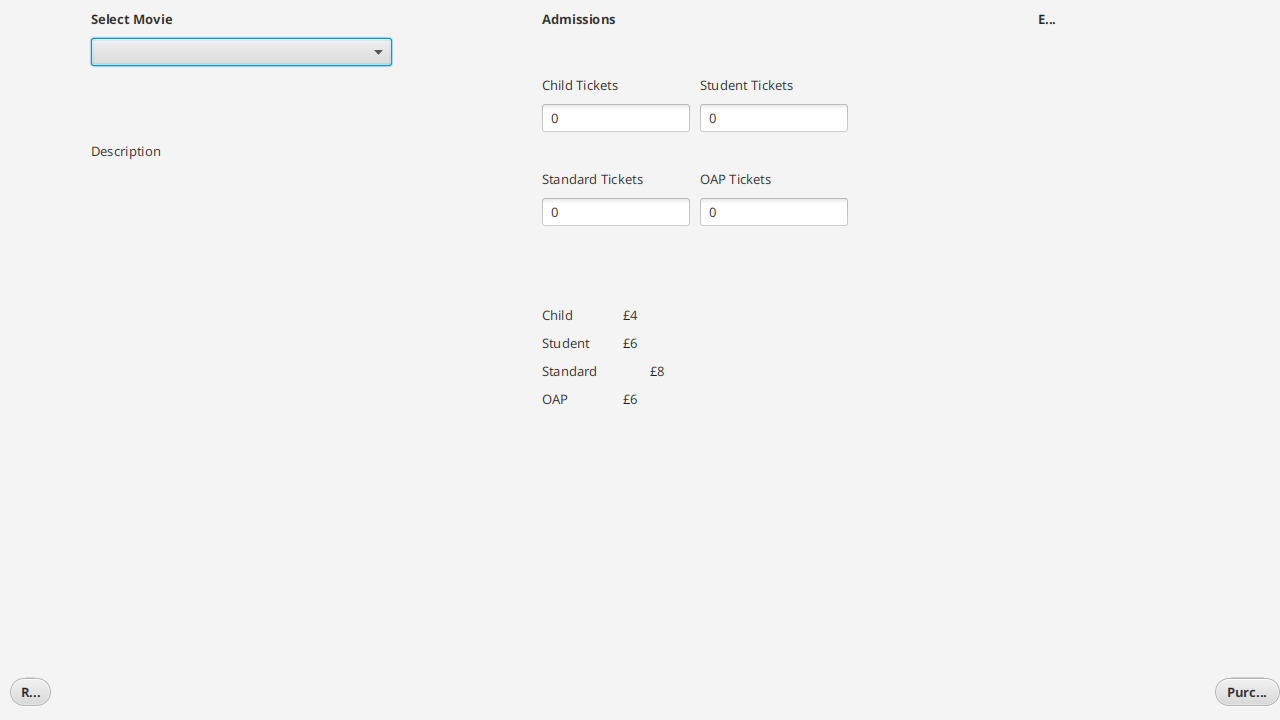
Repository: Singh94/QA-Assessment
Program's window: java QA Cinema/src/qa_cinema/Main.java
An editor plug-in stored every save of this project. The program's window is shown before and after the next save, followed by the edit.
It runs on Java 21 on a 1366 x 768 screen with JavaFX 11; the title bar is not drawn.

Above is the program's window before, as saved 2017-10-25 17:34:55.

### QA Cinema/src/qa_cinema/Main.java
package qa_cinema;

import javafx.application.Application;
import javafx.fxml.FXMLLoader;
import javafx.stage.Stage;
import qa_cinema.Tickets.AdultTicket;
import qa_cinema.Tickets.ChildTicket;
import qa_cinema.Tickets.OAPTicket;
import qa_cinema.Tickets.StudentTicket;
import qa_cinema.Tickets.Tickets;
import qa_cinema.movies.movies.Movies;
import javafx.scene.Parent;
import javafx.scene.Scene;
import javafx.scene.control.Alert;
import javafx.scene.control.Alert.AlertType;
import javafx.scene.control.Button;
import javafx.scene.control.ComboBox;
import javafx.scene.control.Label;
import javafx.scene.control.TextField;
import javafx.scene.layout.BorderPane;
import javafx.scene.layout.GridPane;
import javafx.scene.layout.HBox;
import javafx.scene.layout.StackPane;
import javafx.scene.layout.VBox;

import java.text.DateFormatSymbols;
import java.util.Calendar;


public class Main extends Application {

	protected int totalTickets;
	private static int total;
	private int totalPrice;
	private String isWed;
	private int discountFactor = 2;


	public static void main(String[] args) {
		launch(args);
	}

	@Override
	public void start(Stage primaryStage) throws Exception {
		Label lbl_selectMovie = new Label("Select Movie");
			ComboBox<Movies> cbxMovies = new ComboBox<Movies>();
			Label lbl_description = new Label("Description");
		Label lbl_tickets = new Label("Admissions");
			Label lbl_child = new Label("Child Tickets");
			Label lbl_student = new Label("Student Tickets");
			Label lbl_adult = new Label("Standard Tickets");
			Label lbl_oap = new Label("OAP Tickets");
			Label lbl_childprice = new Label("Child\t\t£4");
			Label lbl_studentprice = new Label("Student\t\t£6");
			Label lbl_adultprice = new Label("Standard\t\t£8");
			Label lbl_oapprice = new Label("OAP\t\t\t£6");
		Label lbl_extras = new Label("Extras");
		Button btn_reset = new Button("Reset");
		Button btn_purchase = new Button("Purchase");
		Label lbl_txttotal = new Label("Total Tickets");

		ChildTicket cxT = new ChildTicket(total);
		StudentTicket sxT = new StudentTicket(total);
		AdultTicket axT = new AdultTicket(total);
		OAPTicket snxT = new OAPTicket(total);

		String dayNames[] = new DateFormatSymbols().getWeekdays();
	      Calendar date2 = Calendar.getInstance();
	      isWed = (dayNames[date2.get(Calendar.DAY_OF_WEEK)]);


		lbl_selectMovie.getStyleClass().add("lbl_movies");
		GridPane.setConstraints(lbl_selectMovie, 5,  1);
			cbxMovies.getItems().setAll(Movies.values());
			cbxMovies.getSelectionModel().select(0);
			GridPane.setConstraints(cbxMovies,  5,  2);
			lbl_description.getStyleClass().add("");
			GridPane.setConstraints(lbl_description, 5, 5);

		lbl_tickets.getStyleClass().add("lbl_tickets");
		GridPane.setConstraints(lbl_tickets, 20,  1);

		lbl_child.getStyleClass().add("lbl_child");
		GridPane.setConstraints(lbl_child, 20, 3);
			TextField txt_child = new TextField("0");
			GridPane.setConstraints(txt_child, 20, 4);


		lbl_student.getStyleClass().add("lbl_student");
		GridPane.setConstraints(lbl_student,21, 3);
			TextField txt_student = new TextField("0");
			GridPane.setConstraints(txt_student, 21, 4);

		lbl_adult.getStyleClass().add("lbl_adult");
		GridPane.setConstraints(lbl_adult, 20, 6);
			TextField txt_adult = new TextField("0");
			GridPane.setConstraints(txt_adult, 20, 7);

		lbl_oap.getStyleClass().add("lbl_oap");
		GridPane.setConstraints(lbl_oap, 21, 6);
			TextField txt_oap = new TextField("0");
			GridPane.setConstraints(txt_oap, 21, 7);

		lbl_extras.getStyleClass().add("lbl_extras");
		GridPane.setConstraints(lbl_extras, 40,  1);

		lbl_childprice.getStyleClass().add("");
		GridPane.setConstraints(lbl_childprice, 20, 15);
		lbl_studentprice.getStyleClass().add("");
		GridPane.setConstraints(lbl_studentprice, 20, 16);
		lbl_adultprice.getStyleClass().add("");
		GridPane.setConstraints(lbl_adultprice, 20, 17);
		lbl_oapprice.getStyleClass().add("");
		GridPane.setConstraints(lbl_oapprice, 20, 18);


		btn_reset.setOnAction(e -> {
			cbxMovies.getSelectionModel().select(0);
			txt_child.setText("0");
			txt_student.setText("0");
			txt_adult.setText("0");
			txt_oap.setText("0");
		});

		btn_purchase.setOnAction(e -> {
			int childTicketTotal = Integer.valueOf(txt_child.getText()); //Amount of child tickets
			int studentTicketTotal = Integer.valueOf(txt_student.getText()); //Amount of student tickets
			int adultTicketTotal = Integer.valueOf(txt_adult.getText()); //Amount of standard tickets
			int oapTicketTotal = Integer.valueOf(txt_oap.getText()); //Amount of oap tickets

			totalTickets = (Integer.valueOf(txt_child.getText()) +
					 			Integer.valueOf(txt_student.getText()) +
					 			Integer.valueOf(txt_adult.getText()) +
					 			Integer.valueOf(txt_oap.getText()));

			childTicketTotal = cxT.getCTTotal(childTicketTotal);
			studentTicketTotal = sxT.getSTTotal(studentTicketTotal);
			adultTicketTotal = axT.getATTotal(adultTicketTotal);
			oapTicketTotal = snxT.getSNTTotal(oapTicketTotal);



			if(isWed == "Wednesday") {
				totalPrice = ((childTicketTotal + studentTicketTotal + adultTicketTotal + oapTicketTotal) - (discountFactor * totalTickets));
			}
			else {
				totalPrice = (childTicketTotal + studentTicketTotal + adultTicketTotal + oapTicketTotal);
			}

			Alert alert = new Alert(AlertType.INFORMATION);
			String a = "£ " + Integer.toString(totalPrice);




			alert.setContentText(a);
			alert.setTitle("Confirmation");
			alert.setHeaderText("Total for the tickets purchased");
			alert.showAndWait();
		});



		btn_reset.getStyleClass().add("btn_reset");
		GridPane.setConstraints(btn_reset, 1, 45);

		btn_purchase.getStyleClass().add("btn_purchase");
		GridPane.setConstraints(btn_purchase, 55, 45);



		GridPane grid = new GridPane();
		grid.setHgap(10);
		grid.setVgap(10);

		grid.getStylesheets().add(getClass().getResource("application.css").toExternalForm());
		grid.getChildren().addAll(lbl_selectMovie, cbxMovies,
										lbl_description,
									lbl_tickets, lbl_child, lbl_student, lbl_adult, lbl_oap,
										txt_child, txt_student, txt_adult, txt_oap,
										lbl_childprice, lbl_studentprice, lbl_adultprice, lbl_oapprice,
									btn_reset, btn_purchase,
									lbl_extras);


		primaryStage.setTitle("QA Cinemas");
		primaryStage.setResizable(false);
		primaryStage.setScene(new Scene(grid, 1280, 720));
		primaryStage.show();
	}
}

### QA Cinema/src/qa_cinema/Tickets/Tickets.java
package qa_cinema.Tickets;

public class Tickets {

	protected int numberOfTickets;

	public Tickets(int numberOfTickets) {
		this.numberOfTickets = numberOfTickets;
	}

}

### QA Cinema/src/qa_cinema/Tickets/ChildTicket.java
package qa_cinema.Tickets;

public class ChildTicket extends Tickets {

	private int price = 4;
	int total;

	public ChildTicket(int numberOfTickets) {
		super(numberOfTickets);
		this.numberOfTickets = numberOfTickets;
	}

	public int getCTPrice() {
		return price;
	}

	public int getCTTotal(int numberOfTickets) {
		total = (price * numberOfTickets);
		return total;
	}
}

### QA Cinema/src/qa_cinema/Tickets/StudentTicket.java
package qa_cinema.Tickets;

public class StudentTicket extends Tickets {

	private int price = 6;
	int total;

	public StudentTicket(int numberOfTickets) {
		super(numberOfTickets);
		this.numberOfTickets = numberOfTickets;
	}

	public int getCTPrice() {
		return price;
	}

	public int getSTTotal(int numberOfTickets) {
		total = (price * numberOfTickets);
		return total;
	}
}

### QA Cinema/src/qa_cinema/Tickets/AdultTicket.java
package qa_cinema.Tickets;

public class AdultTicket extends Tickets {

	private int price = 4;
	int total;

	public AdultTicket(int numberOfTickets) {
		super(numberOfTickets);
		this.numberOfTickets = numberOfTickets;
	}

	public int getCTPrice() {
		return price;
	}

	public int getATTotal(int numberOfTickets) {
		total = (price * numberOfTickets);
		return total;
	}
}

### QA Cinema/src/qa_cinema/Tickets/OAPTicket.java
package qa_cinema.Tickets;

public class OAPTicket extends Tickets {

	private int price = 4;
	int total;

	public OAPTicket(int numberOfTickets) {
		super(numberOfTickets);
		this.numberOfTickets = numberOfTickets;
	}

	public int getCTPrice() {
		return price;
	}

	public int getSNTTotal(int numberOfTickets) {
		total = (price * numberOfTickets);
		return total;
	}
}

### QA Cinema/src/qa_cinema/movies/movies.java
package qa_cinema.movies;

public class movies {
	public enum Movies {
		M0(""),
		M1("Blade Runner 2049"),
		M2("Star Wars: The Last Jedi"),
		M3("IT"),
		M4("Justice League"),
		M5("Kingsman: The Golden Circle"),
		M6("Professor Marston and the Wonder Woman"),
		M7("The Dark Tower"),
		M8("Thor: Ragnarok"),
		M9("The Snowman"),
		M10("War for the Planet of the Apes");

		private String label;

		private Movies(String movie) {
			this.label = movie;
		}

		public String toString() {
			return label;
		}
	}
}

### QA Cinema/src/qa_cinema/application.css

.root {
	-fx-text-fill: black;
}

.lbl_movies {
	-fx-font-weight: bold;
}

.lbl_tickets {
	-fx-font-weight: bold;
}

.lbl_child {
}

.lbl_student {
}

.lbl_adult {
}

.lbl_oap {
}

.lbl_extras {
	-fx-font-weight: bold;
}

.lbl_total {
	-fx-font-weight: bold;
	-fx-font-size: 15;
}


.btn_reset {
	-fx-border-radius: 30;
	-fx-font-weight: bold;
	-fx-background-radius: 75;
}

.btn_reset:hover {
	-fx-text-fill: red;
}

.btn_purchase {
	-fx-border-radius: 30;
	-fx-font-weight: bold;
	-fx-background-radius: 75;
}

.btn_purchase:hover {
	-fx-text-fill: green;
}

After the next save:
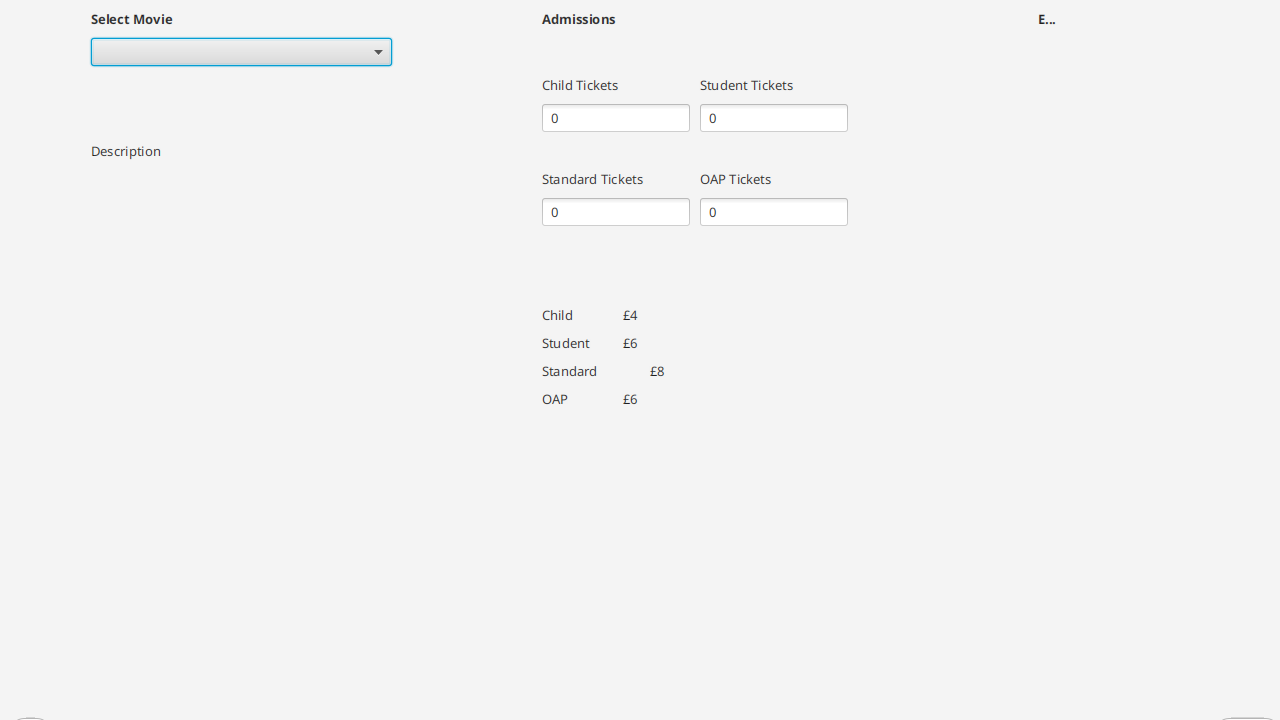
Saved 20 s later.
--- a/QA Cinema/src/qa_cinema/Main.java
+++ b/QA Cinema/src/qa_cinema/Main.java
@@ -162,10 +162,10 @@
 
 
 		btn_reset.getStyleClass().add("btn_reset");
-		GridPane.setConstraints(btn_reset, 1, 45);
+		GridPane.setConstraints(btn_reset, 1, 49);
 
 		btn_purchase.getStyleClass().add("btn_purchase");
-		GridPane.setConstraints(btn_purchase, 55, 45);
+		GridPane.setConstraints(btn_purchase, 55, 49);
 
 
 
